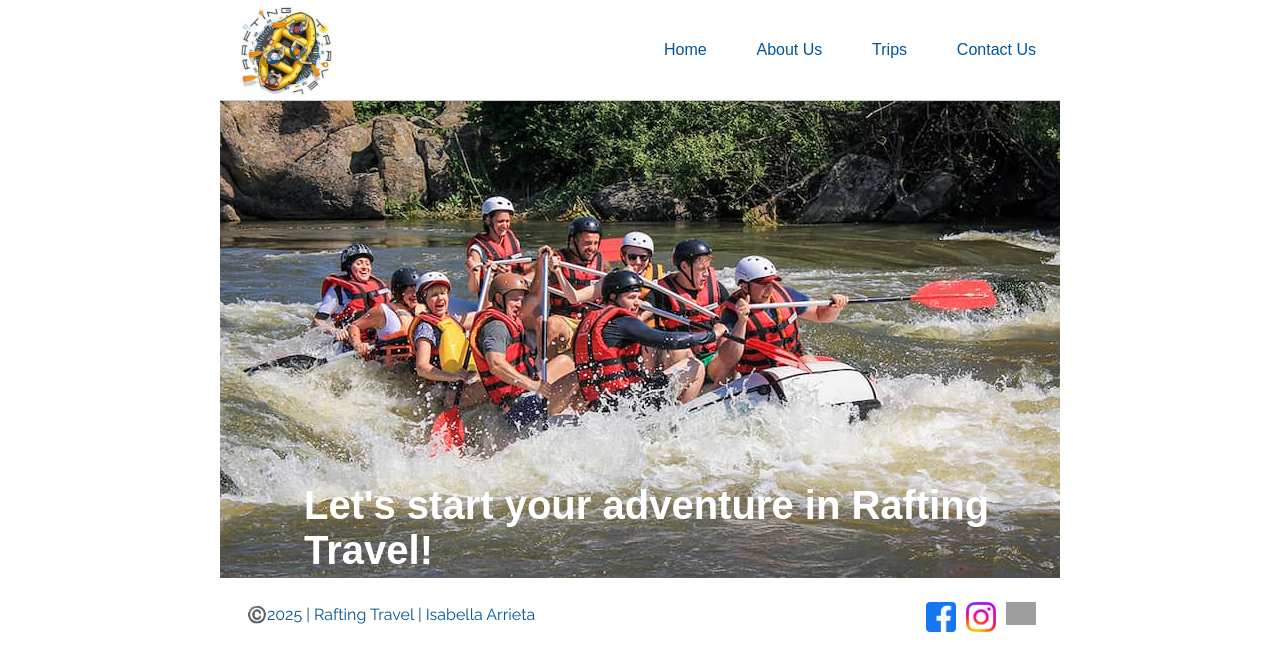
Repository: isaAJ05/wdd130
Page: wwr/index.html
The author's editor kept a copy of each file at every save. The page is drawn from the files as they stood at one save, then again after a run of saves.
The browser window is 1280 px wide. The pictures show the whole page.
Pictures or frames that could not be fetched are drawn as grey boxes. Some web fonts or font styles are not loaded; a fallback is used.

Above is the page before, as saved 2025-06-16 20:15:00.

### wwr/index.html
<!DOCTYPE html>
<html lang="en">
<head>
    <meta charset="UTF-8">
    <meta name="viewport" content="width=device-width, initial-scale=1.0">
    <title>Home-Rafting Travel</title>
    <meta name="description" content="Main page: Rafting Travel">
    <meta name="author" content="Isabella Arrieta">
    <link rel="stylesheet" href="styles/rafting.css">
    <link rel="preconnect" href="https://fonts.googleapis.com">
    <link rel="preconnect" href="https://fonts.gstatic.com" crossorigin>
    <link href="https://fonts.googleapis.com/css2?family=Play:wght@400;700&family=Raleway:ital,wght@0,100..900;1,100..900&display=swap" rel="stylesheet">
</head>
<body>
    <header>
        <img src ="images/z-raftingcompas.jpg" alt="Rafting Company Logo">
    <nav>
        <a href="index.html">Home</a>
        <a href="about.html">About Us</a>
        <a href="trips.html">Trips</a>
        <a href="contact.html">Contact Us</a>
    </nav>
    </header>
    <main>
        <div class="hero">
            <img src="images/rafting10_1024.jpg" alt="Rafting">
            <h1>Let's start your adventure in Rafting Travel!</h1>
        </div>
        </main>
    <footer>
        <p>©️2025 | Rafting Travel | Isabella Arrieta</p>
        <nav class="socialmedia">
            <a href="https://www.facebook.com/">
                <img src="images/facebook.webp" alt="Facebook" width="30">
            </a>
            <a href="https://www.instagram.com/">
                <img src="images/instagram.webp" alt="Instagram" width="30">
            </a>
            <a href="https://x.com/home">
                <img src="images/x.webp" alt="X" width="30">
            </a>
        </nav>
    </footer>
</body>
</html>

### wwr/styles/rafting.css
:root {
    --primary-color: #FC9F1C;
    --secondary-color: #FFE77C;
    --accent1-color: #025595;
    --accent2-color: #A6DEF6;
    --heading-font: "Play", sans-serif;
    --body-font: "Raleway", sans-serif;
}

header {
    margin: 1rem auto;
    background-color: #fff;
    color: var(--secondary-color);
    display: grid;
	grid-template-columns: 1fr 1fr;
    align-items: center;
    border-bottom: 1px solid #ccc;

}
header img {
    width: 100px;
    height: auto;
    margin-left: 16px;
}
*{
    margin: 0;
    padding: 0;
    box-sizing: border-box;
}
body {
    font-family: var(--body-font);
    color: var(--accent1-color);
}
 header, main, footer {
    width: 840px;
    margin: 0 auto;
}
h1, h2{
    font-family: var(--heading-font);
    color: var(--accent1-color);
}
p, section, article{
    margin: 16px;
    padding: 8px;
}
.History {
    display: grid;
	grid-template-columns: 1fr 1fr 1fr;
    align-items: center;
    grid-gap: 1px;
}
.History h2{
    grid-column: 1/4;
    text-align: center;

}
.History img{
    width: 100%;
    height: auto;
}
.Adventure {
    display: grid;
    grid-template-columns: 1fr 1fr 1fr 1fr 1fr;
    align-items: center;
    grid-gap: 15px;
}
.Adventure h2{
    grid-column: 1/6;
    text-align: center;
}
.Adventure img{
    width: 100%;
    height: auto;
}
figcaption {
    text-align: center;
}
nav {
    margin: 16px;
    padding: 8px;
    display: flex;
    justify-content: space-between;
	flex: 1 1 auto;

}
nav a {
    text-decoration: none;
    font-family: var(--heading-font);
    color: var(--accent1-color);
}
nav a:hover {
    color: var(--primary-color);
    text-decoration: underline;
}

.socialmedia a{
    text-decoration: none;
}
.socialmedia {
    justify-content: right;
    gap: 10px;
}

.herodiv{
    position: relative;
    margin: 1em auto;

}

.herodiv img{
    display: block;
    width: 100%;
    height: auto;
}

.herodiv h1{
    position: absolute;
    top: 20px;
    width: 100%;
    padding: 16px;
    text-align: center;
    opacity: 0.9;
    background-color: var(--accent1-color);
    color: #ffffff;

}

.herodiv article{
    position: absolute;
    top: 150px;
    left: 5px;
    width: 800px;
    opacity: 0.9;
    background-color: var(--accent1-color);
    color: #ffffff;
}
.herodiv article img{
    float: right;
    width: 230px;
    padding: 8px;
}
footer {
    display: flex;

}
footer p {
    margin: 19px;
    padding: 8px;

}
.rectangle-3 {
	width: 840px;
	height: 159px;
	padding: 8px 8px 8px 8px;
	background:var(--accent1-color);
    margin: 0 auto;
    display: flex;
    flex-direction: column;
    align-items: center;
    justify-content: center;
	border-radius: 3px 3px 3px 3px;

}
.rectangle-3 .header-3 {
    width: 463px;
	height: 36px;
	color: #FFFFFF;
	font-family: var(--heading-font);
	font-weight: 700;
	font-size: 30px;
	line-height: 1.2;
	text-align: center;
}
.we-love-questions-and-feedback-and-we-re-always- {
	width: 418px;
	height: 44px;
	color: #FFFFFF;
	font-family: var(--body-font);
	font-weight: 400;
	font-size: 13px;
	line-height: 1.4;
	text-align: center;
}
.rectangle-4 {
	width: 840px;
	height: 348px;
	background: #FFFFFF;
	border-radius: 3px 3px 3px 3px;
    display: flex;
    align-items: flex-start;
}
.column-text{
    flex:1;
    padding: 20px;
    align-items: center;
}
.column-text .block{
    flex:1;
}

.column-map {
    flex: 1;
    text-align: right;;
}

.column-map iframe {
	max-width: 463px;
	height: 348px;
	background: #00000000;

}


.header-14 {
	width: 223px;
	color: var(--accent1-color);
	font-family: var(--body-font);
	font-weight: 700;
	font-size: 24px;
	line-height: 1.2;
    text-align: left;
    margin-top: 34px;
}
.jackson-wyoming-ee-uu- {

    margin-top: 35px;
	color: var(--accent1-color);
	font-family: var(--body-font);
	font-weight: 600;
	font-size: 16px;
	line-height: 1.1;
	text-align: left;
    padding-left: 6px;
}


.address-phone-and-email {
    margin-top: 20px;
	color: var(--accent1-color);
	font-family: var(--body-font);
	font-weight: 400;
	font-size: 11px;
	line-height: 1.5;
	text-align: left;
}
.address-phone-and-email img {
	width: 18px;
	height: 18px;
}
.address-phone-and-email figure {
    display: flex;
    gap: 10px;
    margin: 0;
    margin-top: 10px;
}



.rectangle-5 {
	width: 840px;
	height: 240px;
    padding: 20px 20px 20px 20px;
	background: var(--accent1-color);
	border-radius: 3px 3px 3px 3px;
    display: grid;
    grid-template-columns: 1fr 1fr 1fr;
    align-items: center;
    justify-items: center;
}
.rectangle-5 img {
	width: 120px;
	height: 135px;
	background: #00000000;
}

.rectangle-5 figcaption {
	width: 111px;
	height: 15px;
	color: #FFFFFF;
	font-family: var(--body-font);
	font-weight: 500;
	font-size: 14px;
	line-height: 1.1;
	text-align: center;
}

.header-16 {
	width: 223px;
	height: 48px;
	color: #FFFFFF;
	font-family: var(--heading-font);
	font-weight: 700;
	font-size: 24px;
	line-height: 1.2;
	text-align: center;
    grid-column: 1/4;
    margin: 0 auto;
}

.rectangle-6 {
	width: 840px;
	height: 551px;
	padding: 8px 8px 8px 8px;
	background: #EDF0F4;
	border-radius: 3px 3px 3px 3px;
}
.rectangle-6 h2{
    margin-top: 48px;
	color: #3B4754;
	font-family: var(--heading-font);
	font-weight: 700;
	font-size: 24px;
	line-height: 1.2;
	text-align: center;
}

.rectangle-6 p {
	color: #4f6278;
	font-family: var(--body-font);
	font-weight: 400;
	font-size: 13px;
	line-height: 1.5;
	text-align: center;
}

.rectangle-6 .row {
    display: flex;
    gap: 20px;
    align-items: center;
    justify-content: center;
    padding-top: 16px;
    padding-bottom: 16px;

}

.rectangle-6 .form-title {
    display: flex;
    flex-direction: column;

}
.rectangle-6 .form-title label{
	width: 31px;
	height: 12px;
	color: #3B4754;
	font-family: var(--body-font);
	font-weight: 700;
	font-size: 11px;
	line-height: 1.1;
	text-align: left;
}
.rectangle-6 .form-title input{
	width: 225px;
	height: 28px;
	background: #FFFFFF;
	color: #9FAFC1;
	border-color: #C9D3DD;
	border-width: 2px;
	border-style: solid;
	border-radius: 4px 4px 4px 4px;
	font-family: var(--body-font);
	font-weight: 400;
	font-size: 12px;
	text-align: left;
    margin-top: 4px;
}
.rectangle-6 .title label{
	width: 31px;
	height: 12px;
	color: #3B4754;
	font-family: var(--body-font);
	font-weight: 700;
	font-size: 11px;
	line-height: 1.1;
	text-align: left;
    padding-left: 176px;
}
.radio{
    padding-left: 176px;

}

input[type="radio"]{
	background: #FFFFFF;
	border-color: #C9D3DD;
	border-width: 1.5px;
	border-style: solid;
}
.radio label {
    font-family: var(--body-font);
	font-weight: normal;
	font-size: 12px;
	text-align: left;
    color: #232323;
}
.rectangle-6 .textarea {
    display: flex;
    flex-direction: column;
    align-items: center;
    justify-content: center;
}
.rectangle-6 .textarea textarea {
    width: 469px;
	height: 99px;
	background: #FFFFFF;
	color: #000000;
	border-color: #C9D3DD;
	border-width: 2px;
	border-style: solid;
	border-radius: 4px 4px 4px 4px;
	font-family: var(--body-font);
	font-weight: 400;
	font-size: 12px;
	text-align: left;

}
.check {
    padding-left: 260px;
    padding-top: 20px;
    padding-bottom: 16px;
}
.check checkbox {
	width: 371px;
	height: 19px;
	background: #FFFFFF;
	border-color: #C9D3DD;
	border-width: 1.5px;
	border-style: solid;

}

.check label{
    font-family: var(--body-font);
	font-weight: normal;
	font-size: 12px;
	text-align: left;
	color: #4f6278;;
}
.send {
    padding-left: 360px;
}
.rectangle-6 button {
	width: 100px;
	height: 28px;
	padding: 0px 10px 0px 10px;
	background: var(--accent1-color);
	color: #FFFFFF;
	border-color: #3B4754;
	border-width: 1px;
	border-style: solid;
	border-radius: 2px 2px 2px 2px;
	font-family: var(--body-font);
	font-weight: 700;
	font-size: 10px;
	text-align: center;

}
.rectangle-6 button:hover {
    background: var(--primary-color);
    color: #fff;
    cursor: pointer;
}
.hero {
	position: relative;
}
.hero img {
	width: 100%;
	display: block;
}
.hero h1 {
	position: absolute;
	top: 80%;
	left: 10%;
	color: white;
	font-size: 2.5rem;
}

After the next 4 saves:
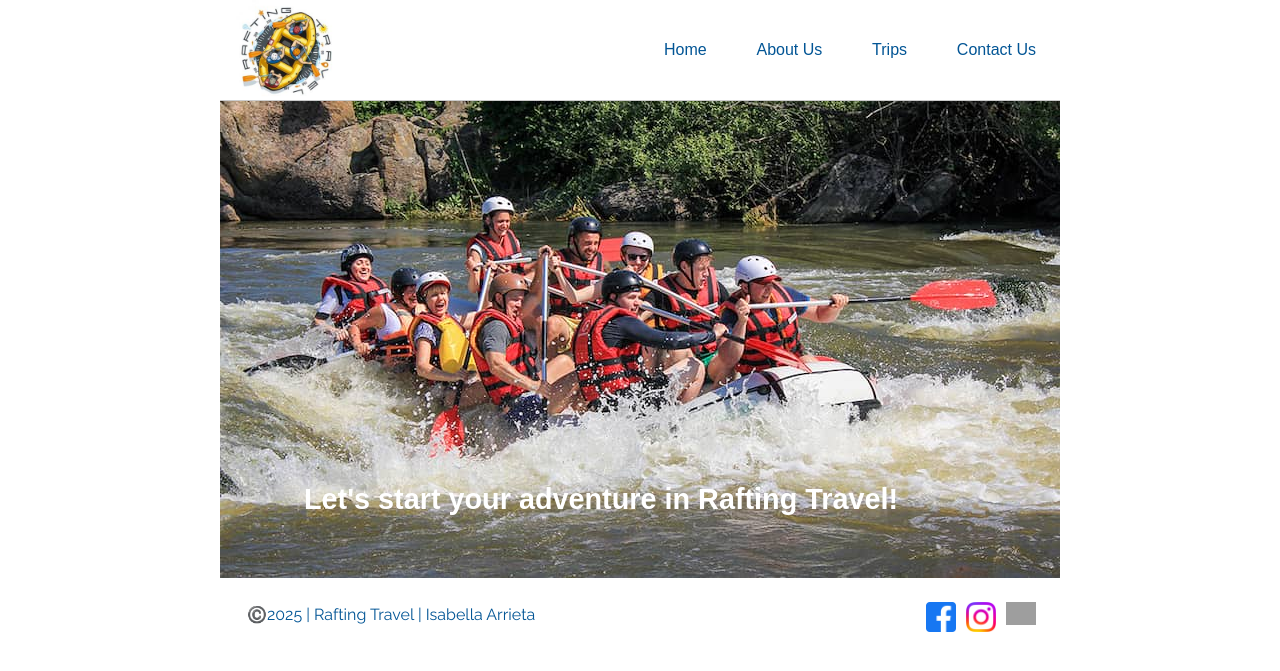
The 4 saves are shown as one change because they came seconds apart.
The last was saved 16 s later.
--- a/wwr/styles/rafting.css
+++ b/wwr/styles/rafting.css
@@ -471,5 +471,5 @@ input[type="radio"]{
 	top: 80%;
 	left: 10%;
 	color: white;
-	font-size: 2.5rem;
-}
+	font-size: 1.8rem;
+}
